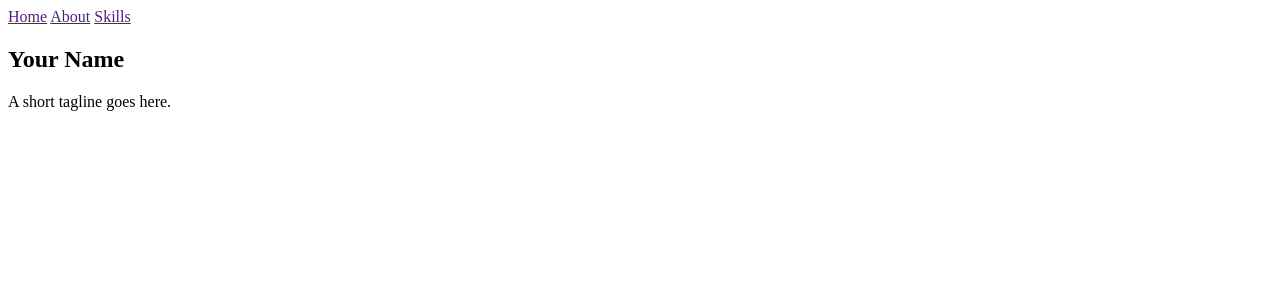
Repository: ofcoy/ofcoy
Page: index.html
These files come from the project's save history. The page is drawn as it stood at one moment and after the next save; the edit follows.
The browser window is 1280 px wide. The pictures show the whole page.

Above is the page before, as saved 2026-04-22 13:46:10.
Not found: global.css

### index.html
<!doctype html>
<html lang="en">
  <head>
    <meta charset="UTF-8" />
    <meta name="viewport" content="width=device-width, initial-scale=1.0" />
    <title>My page</title>
    <link rel="stylesheet" href="global.css" />
    <link rel="stylesheet" href="index.css" />
  </head>
  <body>
    <nav>
      <a href="">Home</a>
      <a href="">About</a>
      <a href="">Skills</a>
    </nav>
    <section id="home">
      <h1>Your Name</h1>
      <p>A short tagline goes here.</p>
    </section>

    <h1></h1>
  </body>
</html>

Loaded but not shown: Styles/Index.css (no copy from this time; the picture is the same without it)

After the next save:
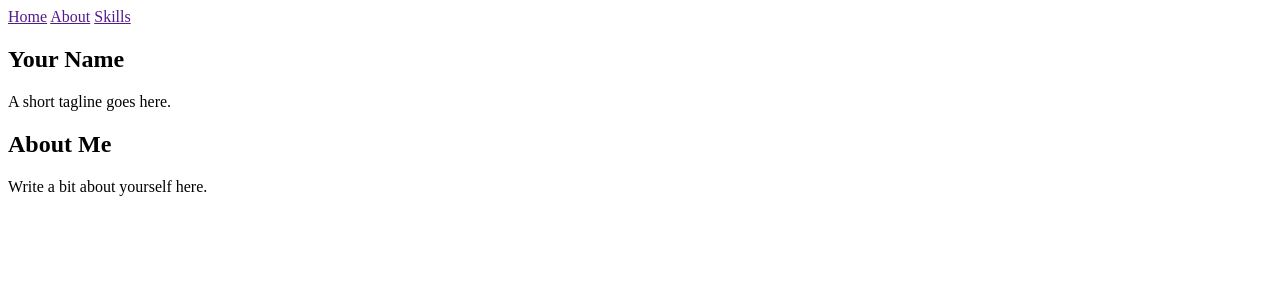
Saved 6 s later.
--- a/index.html
+++ b/index.html
@@ -17,7 +17,10 @@
       <h1>Your Name</h1>
       <p>A short tagline goes here.</p>
     </section>
-
+    <section id="about">
+      <h2>About Me</h2>
+      <p>Write a bit about yourself here.</p>
+    </section>
     <h1></h1>
   </body>
 </html>
